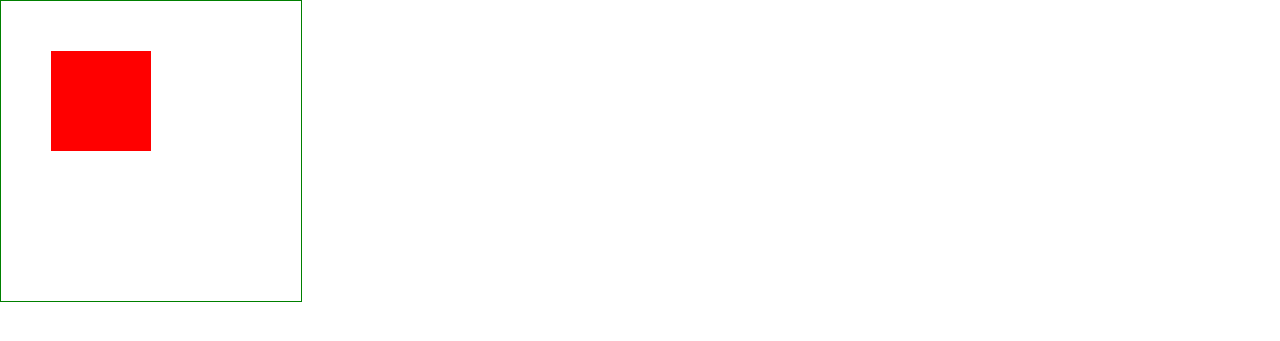
Repository: 319226862/wyy
Page: JavaScript/center.html
These files come from the project's save history. The page is drawn as it stood at one moment and after the next save; the edit follows.
The browser window is 1280 px wide. The pictures show the whole page.

Above is the page before, as saved 2023-07-26 09:47:09.

After the next save:
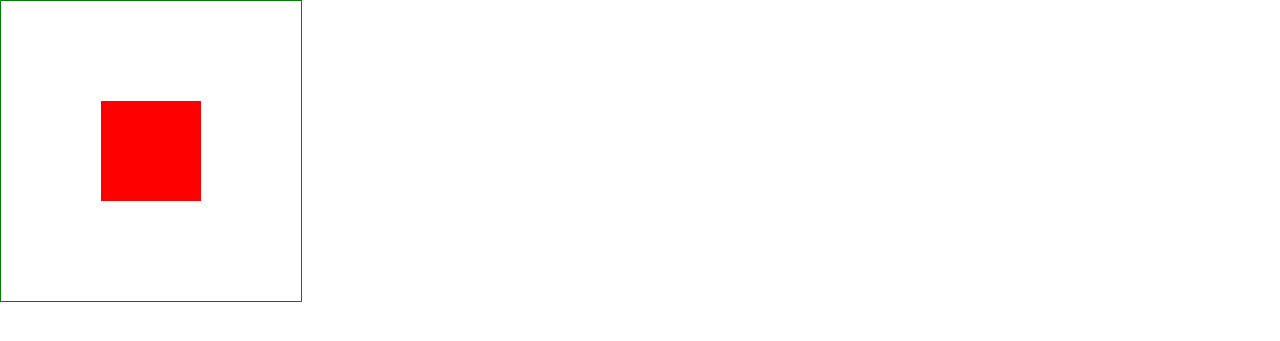
Saved 11 s later.
--- a/JavaScript/center.html
+++ b/JavaScript/center.html
@@ -19,7 +19,7 @@
             position: absolute;
             left: 50%;
             top: 50%;
-            translate: -100px -100px;
+            translate: -50px -50px;
             width: 100px;
             height: 100px;
             background-color: red;
